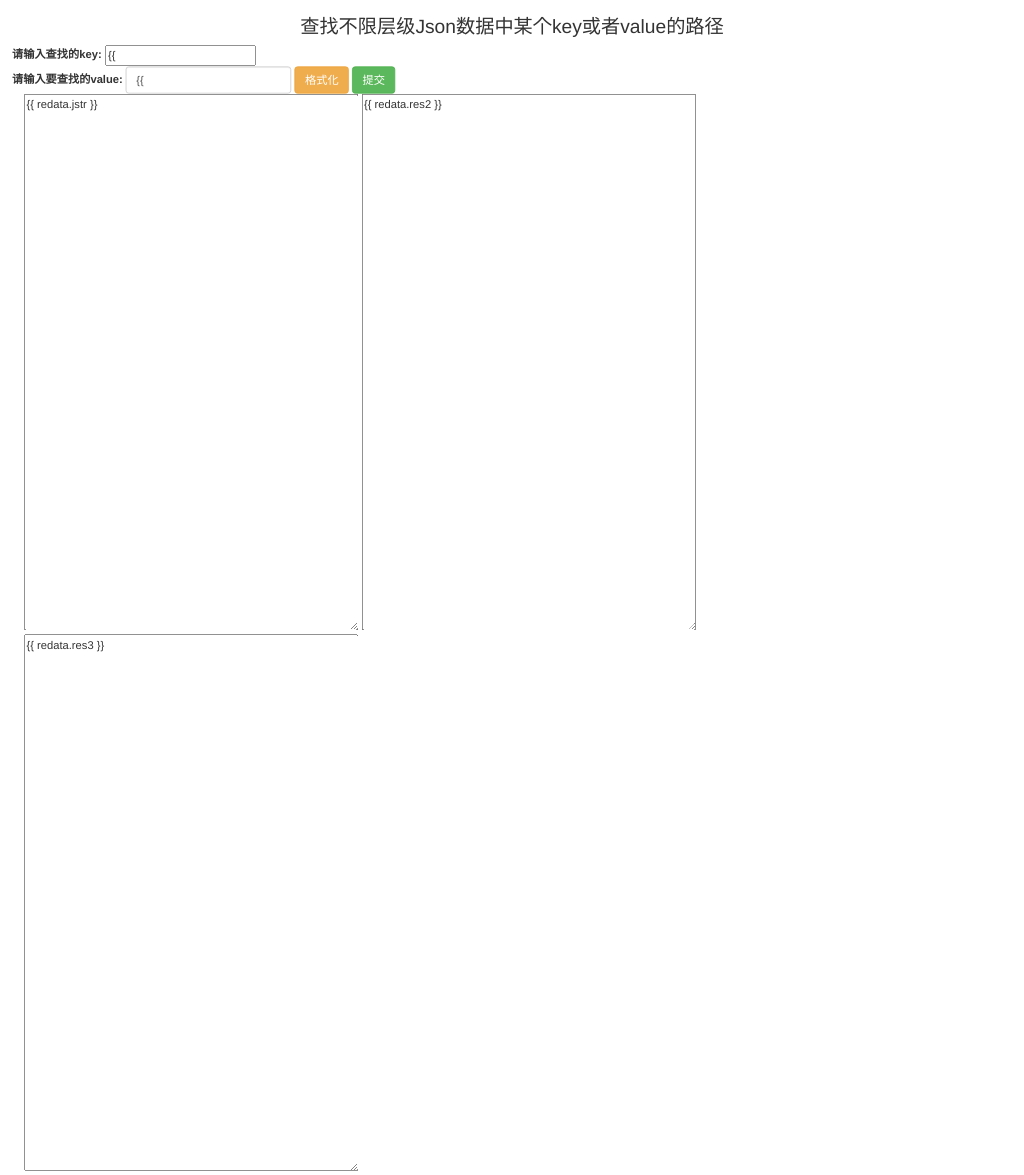
Repository: wangyanqing666/study
Page: other.html
These files come from the project's save history. The page is drawn as it stood at one moment and after the next save; the edit follows.
The browser window is 1280 px wide. The pictures show the whole page, at 80% of full size.
Some web libraries are served in a nearby version.

Above is the page before, as saved 2020-12-03 11:11:56.

After the next save:
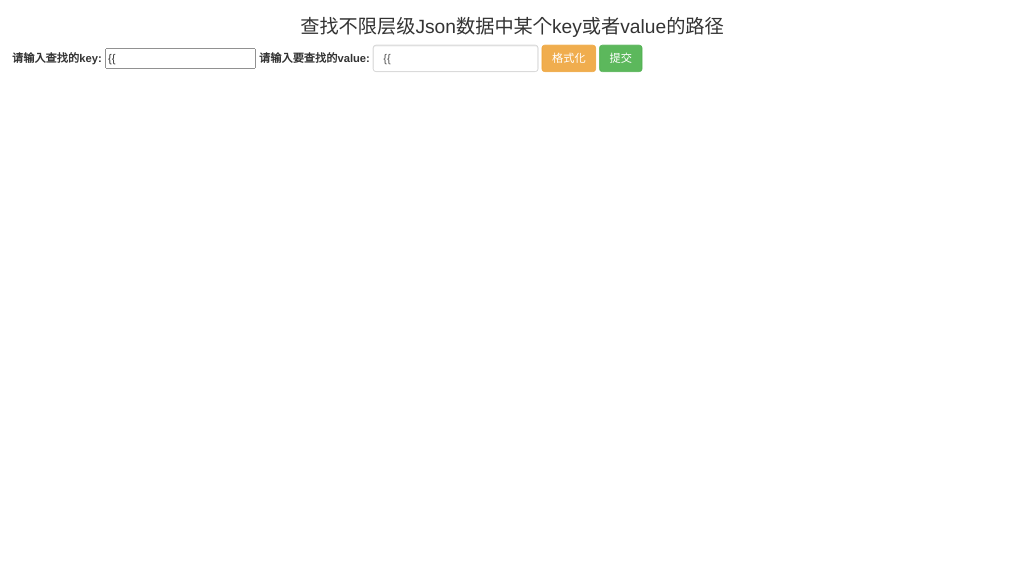
Saved 28 s later.
--- a/other.html
+++ b/other.html
@@ -14,7 +14,7 @@
     </head>
 
 <body>
-                        <h3 class="text-center">查找不限层级Json数据中某个key或者value的路径</h3>
+    <h3 class="text-center">查找不限层级Json数据中某个key或者value的路径</h3>
 
     <div class="container-fluid">
 
@@ -23,7 +23,7 @@
             <div class="form-group">
                 <label>请输入查找的key: </label>
 
-                <input class="form-group" type="text" id="key" name="key" value={{ redata.key }} >
+                <input class="form-group" type="text" id="key" name="key" value={{ redata.key }}>
             </div>
 
             <div class="form-group">
@@ -33,11 +33,11 @@
                 <button type="button" class="btn btn-warning" id="formatting" onclick="beautify();">格式化</button>
                 <input type="submit" class="btn btn-success" value="提交">
 
-                <div>
+            </div>
         </form>
     </div>
 
-    <div class="container-fluid">
+    <!-- <div class="container-fluid">
 
 
         <div class="form-group">
@@ -50,7 +50,7 @@
                 name="jstr2">{{ redata.res3 }}</textarea>
         </div>
 
-    </div>
+    </div> -->
 
 
 
